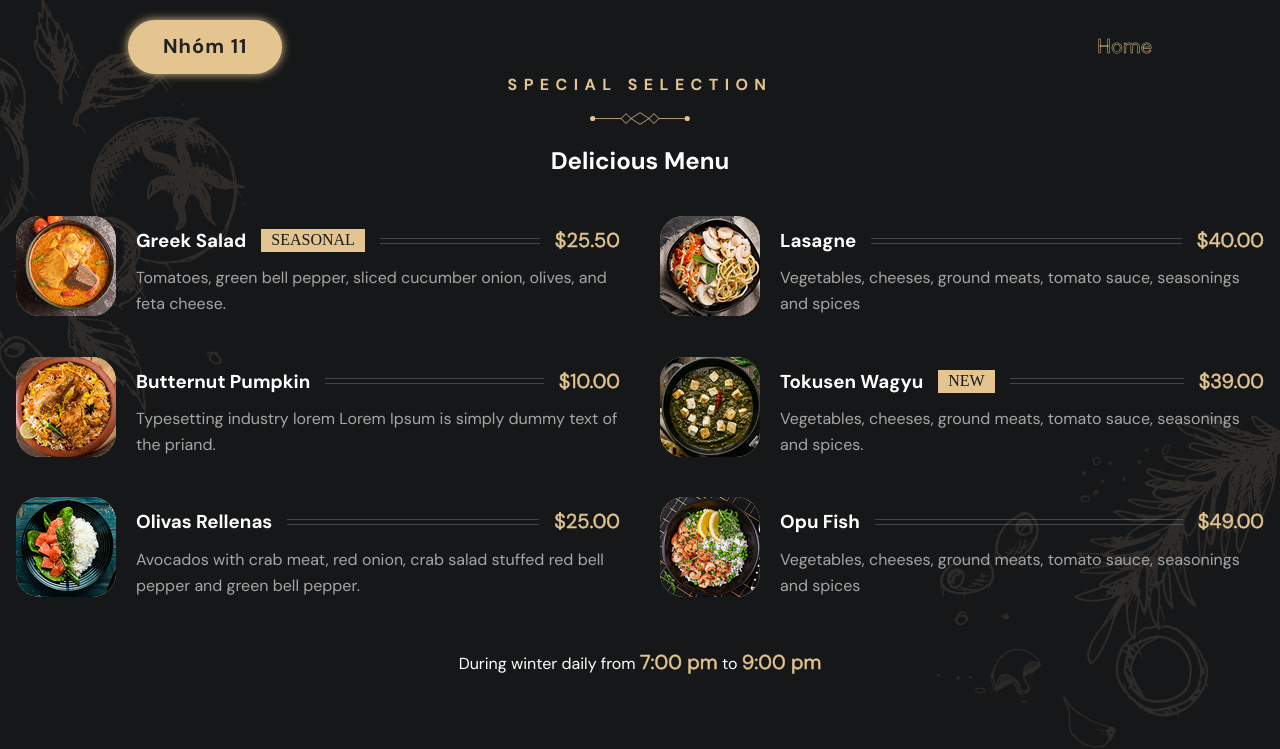
Repository: trungd0ngl3/nhom11-giaotiepnguoimay
Page: our chefs/our chefs.html
These files come from the project's save history. The page is drawn as it stood at one moment and after the next save; the edit follows.
The browser window is 1280 px wide. The pictures show the whole page.
Some web fonts or font styles are not loaded; a fallback is used.

Above is the page before, as saved 2023-12-28 01:22:11.

### our chefs/our chefs.html
<!DOCTYPE html>
<html lang="en">

<head>
  <meta charset="UTF-8">
  <meta http-equiv="X-UA-Compatible" content="IE=edge">
  <meta name="viewport" content="width=device-width, initial-scale=1.0">

  <!--
    - primary meta tags
  -->
  <title>Grilli - Amazing & Delicious Food</title>
  <meta name="title" content="Grilli - Amazing & Delicious Food">
  <meta name="description" content="This is a Restaurant html template made by codewithsadee">

  <!--
    - favicon
  -->
  <link rel="shortcut icon" href="./favicon.svg" type="image/svg+xml">

  <!--
    - google font link
  -->
  <link rel="preconnect" href="https://fonts.googleapis.com">
  <link rel="preconnect" href="https://fonts.gstatic.com" crossorigin>
  <link href="https://fonts.googleapis.com/css2?family=DM+Sans:wght@400;700&family=Forum&display=swap" rel="stylesheet">

  <!--
    - custom css link
  -->
  <link rel="stylesheet" href="./assets/css/style.css">
</head>
<body></body>
  <header class="header">
    <a href="/our chefs/our chefs.html" class="logo">Nhóm 11</a>
    <li><a class="span" href="/index.html">Home</a></li>
  </header>

  <section class="section menu" aria-label="menu-label" id="menu">
    <div class="container">

      <p class="section-subtitle text-center label-2">Special Selection</p>

      <h2 class="headline-1 section-title text-center">Delicious Menu</h2>

      <ul class="grid-list">

        <li>
          <div class="menu-card hover:card">

            <figure class="card-banner img-holder" style="--width: 100; --height: 100;">
              <img src="./assets/images/menu-1.png" width="100" height="100" loading="lazy" alt="Greek Salad"
                class="img-cover">
            </figure>

            <div>

              <div class="title-wrapper">
                <h3 class="title-3">
                  <a href="#" class="card-title">Greek Salad</a>
                </h3>

                <span class="badge label-1">Seasonal</span>

                <span class="span title-2">$25.50</span>
              </div>

              <p class="card-text label-1">
                Tomatoes, green bell pepper, sliced cucumber onion, olives, and feta cheese.
              </p>

            </div>

          </div>
        </li>

        <li>
          <div class="menu-card hover:card">

            <figure class="card-banner img-holder" style="--width: 100; --height: 100;">
              <img src="./assets/images/menu-2.png" width="100" height="100" loading="lazy" alt="Lasagne"
                class="img-cover">
            </figure>

            <div>

              <div class="title-wrapper">
                <h3 class="title-3">
                  <a href="#" class="card-title">Lasagne</a>
                </h3>

                <span class="span title-2">$40.00</span>
              </div>

              <p class="card-text label-1">
                Vegetables, cheeses, ground meats, tomato sauce, seasonings and spices
              </p>

            </div>

          </div>
        </li>

        <li>
          <div class="menu-card hover:card">

            <figure class="card-banner img-holder" style="--width: 100; --height: 100;">
              <img src="./assets/images/menu-3.png" width="100" height="100" loading="lazy" alt="Butternut Pumpkin"
                class="img-cover">
            </figure>

            <div>

              <div class="title-wrapper">
                <h3 class="title-3">
                  <a href="#" class="card-title">Butternut Pumpkin</a>
                </h3>

                <span class="span title-2">$10.00</span>
              </div>

              <p class="card-text label-1">
                Typesetting industry lorem Lorem Ipsum is simply dummy text of the priand.
              </p>

            </div>

          </div>
        </li>

        <li>
          <div class="menu-card hover:card">

            <figure class="card-banner img-holder" style="--width: 100; --height: 100;">
              <img src="./assets/images/menu-4.png" width="100" height="100" loading="lazy" alt="Tokusen Wagyu"
                class="img-cover">
            </figure>

            <div>

              <div class="title-wrapper">
                <h3 class="title-3">
                  <a href="#" class="card-title">Tokusen Wagyu</a>
                </h3>

                <span class="badge label-1">New</span>

                <span class="span title-2">$39.00</span>
              </div>

              <p class="card-text label-1">
                Vegetables, cheeses, ground meats, tomato sauce, seasonings and spices.
              </p>

            </div>

          </div>
        </li>

        <li>
          <div class="menu-card hover:card">

            <figure class="card-banner img-holder" style="--width: 100; --height: 100;">
              <img src="./assets/images/menu-5.png" width="100" height="100" loading="lazy" alt="Olivas Rellenas"
                class="img-cover">
            </figure>

            <div>

              <div class="title-wrapper">
                <h3 class="title-3">
                  <a href="#" class="card-title">Olivas Rellenas</a>
                </h3>

                <span class="span title-2">$25.00</span>
              </div>

              <p class="card-text label-1">
                Avocados with crab meat, red onion, crab salad stuffed red bell pepper and green bell pepper.
              </p>

            </div>

          </div>
        </li>

        <li>
          <div class="menu-card hover:card">

            <figure class="card-banner img-holder" style="--width: 100; --height: 100;">
              <img src="./assets/images/menu-6.png" width="100" height="100" loading="lazy" alt="Opu Fish"
                class="img-cover">
            </figure>

            <div>

              <div class="title-wrapper">
                <h3 class="title-3">
                  <a href="#" class="card-title">Opu Fish</a>
                </h3>

                <span class="span title-2">$49.00</span>
              </div>

              <p class="card-text label-1">
                Vegetables, cheeses, ground meats, tomato sauce, seasonings and spices
              </p>

            </div>

          </div>
        </li>

      </ul>

      <p class="menu-text text-center">
        During winter daily from <span class="span">7:00 pm</span> to <span class="span">9:00 pm</span>
      </p>

      <img src="./assets/images/shape-1.png" width="921" height="1036" loading="lazy" alt="shape"
        class="shape shape-2 move-anim">
      <img src="./assets/images/shape-2.png" width="343" height="345" loading="lazy" alt="shape"
        class="shape shape-3 move-anim">

    </div>
  </section>



</body>
</html>

### our chefs/assets/css/style.css

:root {

  /**
   * COLORS
   */

  --gold-crayola: hsl(38, 61%, 73%);
  --quick-silver: hsla(0, 0%, 65%, 1);
  --davys-grey: hsla(30, 3%, 34%, 1);
  --smoky-black-1: hsla(40, 12%, 5%, 1);
  --smoky-black-2: hsla(30, 8%, 5%, 1);
  --smoky-black-3: hsla(0, 3%, 7%, 1);
  --eerie-black-1: hsla(210, 4%, 9%, 1);
  --eerie-black-2: hsla(210, 4%, 11%, 1);
  --eerie-black-3: hsla(180, 2%, 8%, 1);
  --eerie-black-4: hsla(0, 0%, 13%, 1);
  --white: hsla(0, 0%, 100%, 1);
  --white-alpha-20: hsla(0, 0%, 100%, 0.2);
  --white-alpha-10: hsla(0, 0%, 100%, 0.1);
  --black: hsla(0, 0%, 0%, 1);
  --black-alpha-80: hsla(0, 0%, 0%, 0.8);
  --black-alpha-15: hsla(0, 0%, 0%, 0.15);

  /**
   * GRADIENT COLOR
   */

  --loading-text-gradient: linear-gradient(90deg, transparent 0% 16.66%, var(--smoky-black-3) 33.33% 50%,  transparent 66.66% 75%);
  --gradient-1: linear-gradient(to top,hsla(0, 0%, 0%, 0.9),hsla(0, 0%, 0%, 0.7),transparent);

  /**
   * TYPOGRAPHY
   */

  /* font-family */
  --fontFamily-forum: 'Forum', cursive;
  --fontFamily-dm_sans: 'DM Sans', sans-serif;

  /* font-size */
  --fontSize-display-1: calc(1.3rem + 6.7vw);
  --fontSize-headline-1: calc(2rem + 2.5vw);
  --fontSize-headline-2: calc(1.3rem + 2.4vw);
  --fontSize-title-1: calc(1.6rem + 1.2vw);
  --fontSize-title-2: 2.2rem;
  --fontSize-title-3: 2.1rem;
  --fontSize-title-4: calc(1.6rem + 1.2vw);
  --fontSize-body-1: 2.4rem;
  --fontSize-body-2: 1.6rem;
  --fontSize-body-3: 1.8rem;
  --fontSize-body-4: 1.6rem;
  --fontSize-label-1: 1.4rem;
  --fontSize-label-2: 1.2rem;

  /* font-weight */
  --weight-regular: 400;
  --weight-bold: 700;

  /* line-height */
  --lineHeight-1: 1em;
  --lineHeight-2: 1.2em;
  --lineHeight-3: 1.5em;
  --lineHeight-4: 1.6em;
  --lineHeight-5: 1.85em;
  --lineHeight-6: 1.4em;

  /* letter-spacing */
  --letterSpacing-1: 0.15em;
  --letterSpacing-2: 0.4em;
  --letterSpacing-3: 0.2em;
  --letterSpacing-4: 0.3em;
  --letterSpacing-5: 3px;

  /**
   * SPACING
   */

  --section-space: 70px;

  /**
   * SHADOW
   */

  --shadow-1: 0px 0px 25px 0px hsla(0, 0%, 0%, 0.25);

  /**
   * BORDER RADIUS
   */

  --radius-24: 24px;
  --radius-circle: 50%;

  /**
   * TRANSITION
   */

  --transition-1: 250ms ease;
  --transition-2: 500ms ease;
  --transition-3: 1000ms ease;

}





/*-----------------------------------*\
  #RESET
\*-----------------------------------*/

*,
*::before,
*::after {
  margin: 0;
  padding: 0;
  box-sizing: border-box;
}

li { list-style: none; }

a,
img,
data,
span,
input,
button,
select,
ion-icon,
textarea { display: block; }

a {
  color: inherit;
  text-decoration: none;
}

img { height: auto; }

input,
button,
select,
textarea {
  background: none;
  border: none;
  font: inherit;
}

input,
select,
textarea {
  width: 100%;
  outline: none;
}

button { cursor: pointer; }

address { font-style: normal; }

html {
  font-size: 10px;
  scroll-behavior: smooth;
}
body {
  background-color: var(--eerie-black-1);
  color: var(--white);
  font-family: var(--fontFamily-dm_sans);
  font-size: var(--fontSize-body-4);
  font-weight: var(--weight-regular);
  line-height: var(--lineHeight-5);
  overflow:scroll ;
  height: 95vh;
}

body.loaded { overflow: overlay; }

body.nav-active { overflow: hidden; }

::-webkit-scrollbar { width: 5px; }

::-webkit-scrollbar-track { background-color: transparent; }

::-webkit-scrollbar-thumb { background-color: var(--gold-crayola); }

/*-----------------------------------*\
  #REUSED STYLE
\*-----------------------------------*/


.container { padding-inline: 16px; }

.separator {
  width: 8px;
  height: 8px;
  border: 1px solid var(--gold-crayola);
  transform: rotate(45deg);
}

.contact-label { font-weight: var(--weight-bold); }

.contact-number {
  color: var(--gold-crayola);
  max-width: max-content;
  margin-inline: auto;
}

.hover-underline {
  position: relative;
  max-width: max-content;
}

.hover-underline::after {
  content: "";
  position: absolute;
  left: 0;
  bottom: 0;
  width: 100%;
  height: 5px;
  border-block: 1px solid var(--gold-crayola);
  transform: scaleX(0.2);
  opacity: 0;
  transition: var(--transition-2);
}

.hover-underline:is(:hover, :focus-visible)::after {
  transform: scaleX(1);
  opacity: 1;
}

.contact-number::after { bottom: -5px; }

.text-center { text-align: center; }

.img-cover {
  width: 100%;
  height: 100%;
  object-fit: cover;
}

.section-subtitle {
  position: relative;
  color: var(--gold-crayola);
  font-weight: var(--weight-bold);
  text-transform: uppercase;
  letter-spacing: var(--letterSpacing-2);
  margin-block-end: 12px;
}

.section-subtitle::after {
  content: url('../images/separator.svg');
  display: block;
  width: 100px;
  margin-inline: auto;
  margin-block-start: 5px;
}

.btn {
  position: relative;
  color: var(--gold-crayola);
  font-size: var(--fontSize-label-2);
  font-weight: var(--weight-bold);
  text-transform: uppercase;
  letter-spacing: var(--letterSpacing-5);
  max-width: max-content;
  border: 2px solid var(--gold-crayola);
  padding: 12px 45px;
  overflow: hidden;
  z-index: 1;
}

.btn::before {
  content: "";
  position: absolute;
  bottom: 100%;
  left: 50%;
  transform: translateX(-50%);
  width: 200%;
  height: 200%;
  border-radius: var(--radius-circle);
  background-color: var(--gold-crayola);
  transition: var(--transition-2);
  z-index: -1;
}

.btn .text { transition: var(--transition-1); }

.btn .text-2 {
  position: absolute;
  top: 100%;
  left: 50%;
  transform: translateX(-50%);
  min-width: max-content;
  color: var(--smoky-black-1);
}

.btn:is(:hover, :focus-visible)::before { bottom: -50%; }

.btn:is(:hover, :focus-visible) .text-1 { transform: translateY(-40px); }

.btn:is(:hover, :focus-visible) .text-2 {
  top: 50%;
  transform: translate(-50%, -50%);
}

.btn-secondary {
  background-color: var(--gold-crayola);
  color: var(--black);
}

.btn-secondary::before { background-color: var(--smoky-black-1); }

.btn-secondary .text-2 { color: var(--white); }

.has-before,
.has-after {
  position: relative;
  z-index: 1;
}

.has-before::before,
.has-after::after {
  content: "";
  position: absolute;
}

.section {
  position: relative;
  padding-block: var(--section-space);
  overflow: hidden;
  z-index: 1;
}

.bg-black-10 { background-color: var(--smoky-black-2); }

.grid-list {
  display: grid;
  gap: 40px;
}

.hover\:shine { position: relative; }

.hover\:shine::after {
  content: "";
  position: absolute;
  top: 0;
  left: 0;
  width: 50%;
  height: 100%;
  background-image: linear-gradient(to right, transparent 0%, #fff6 100%);
  transform: skewX(-0.08turn) translateX(-180%);
}

.hover\:shine:is(:hover, :focus-within)::after {
  transform: skewX(-0.08turn) translateX(275%);
  transition: var(--transition-3);
}

.img-holder {
  aspect-ratio: var(--width) / var(--height);
  overflow: hidden;
  background-color: var(--eerie-black-4);
}

.btn-text {
  color: var(--gold-crayola);
  padding-block-end: 4px;
  margin-inline: auto;
  text-transform: uppercase;
  letter-spacing: var(--letterSpacing-3);
  font-weight: var(--weight-bold);
  transition: var(--transition-1);
}

.btn-text:is(:hover, :focus-visible) { color: var(--white); }

.shape {
  display: none;
  position: absolute;
  max-width: max-content;
  z-index: -1;
}

.w-100 { width: 100%; }

.move-anim { animation: move 5s linear infinite; }

@keyframes move {
  0%,
  100% { transform: translateY(0); }

  50% { transform: translateY(30px); }
}

.has-bg-image {
  background-repeat: no-repeat;
  background-size: cover;
  background-position: center;
}

.input-field {
  background-color: var(--eerie-black-2);
  color: var(--white);
  height: 56px;
  padding: 10px 20px;
  border: 1px solid var(--white-alpha-10);
  margin-block-end: 20px;
  outline: none;
  transition: border-color var(--transition-2);
}

.input-field::placeholder { color: inherit; }

.input-field:focus { border-color: var(--gold-crayola); }

.icon-wrapper {
  position: relative;
  margin-block-end: 20px;
}

.icon-wrapper .input-field {
  margin-block-end: 0;
  padding-inline-start: 40px;
  appearance: none;
  cursor: pointer;
}

.icon-wrapper ion-icon {
  position: absolute;
  top: 50%;
  transform: translateY(-50%);
  font-size: 1.4rem;
  --ionicon-stroke-width: 50px;
  pointer-events: none;
}

.icon-wrapper ion-icon:first-child { left: 15px; }

.icon-wrapper ion-icon:last-child { right: 10px; }




/*-----------------------------------*\
  #MENU
\*-----------------------------------*/

.menu .section-title { margin-block-end: 40px; }

.menu .grid-list { margin-block-end: 50px; }

.menu-card {
  display: flex;
  align-items: flex-start;
  gap: 20px;
}

.hover\:card .card-banner { background-color: var(--gold-crayola); }

.hover\:card .card-banner .img-cover { transition: var(--transition-2); }

.hover\:card:is(:hover, :focus-within) .card-banner .img-cover {
  opacity: 0.7;
  transform: scale(1.05);
}

.menu-card .card-banner {
  flex-shrink: 0;
  border-radius: var(--radius-24);
}

.menu-card .card-title { transition: var(--transition-1); }

.menu-card .card-title:is(:hover, :focus-visible) { color: var(--gold-crayola); }

.menu-card .badge {
  background-color: var(--gold-crayola);
  color: var(--eerie-black-1);
  font-family: var(--fontFamily-forum);
  max-width: max-content;
  line-height: var(--lineHeight-6);
  text-transform: uppercase;
  padding-inline: 10px;
  margin-block-start: 10px;
}

.menu-card .span {
  color: var(--gold-crayola);
  margin-block: 10px;
}

.menu-card .card-text {
  color: var(--quick-silver);
  line-height: var(--lineHeight-4);
}

.menu-text .span {
  display: inline-block;
  color: var(--gold-crayola);
}

.menu .btn {
  margin-inline: auto;
  margin-block-start: 26px;
}

.menu .shape {
  display: block;
  width: 7  0%;
}

.menu .shape-2 {
  top: 0;
  left: 0;
}

.menu .shape-3 {
  bottom: 0;
  right: 0;
}





/*-----------------------------------*\
  #BACK TO TOP
\*-----------------------------------*/

.back-top-btn {
  position: fixed;
  bottom: 20px;
  right: 20px;
  background-color: var(--gold-crayola);
  color: var(--smoky-black-1);
  font-size: 22px;
  width: 50px;
  height: 50px;
  border-radius: var(--radius-circle);
  display: grid;
  place-items: center;
  box-shadow: var(--shadow-1);
  transition: var(--transition-1);
  opacity: 0;
  visibility: hidden;
  z-index: 4;
}

.back-top-btn:is(:hover, :focus-visible) {
  background-color: var(--white);
  color: var(--gold-crayola);
}

.back-top-btn.active {
  opacity: 1;
  visibility: visible;
}




/*-----------------------------------*\
  #MEDIA QUERIES
\*-----------------------------------*/

/**
 * responsive for larger than 575px screen
 */

@media (min-width: 575px) {

  /**
   * CUSTOM PROPERTY
   */

  :root {

    /**
     * typography
     */

    --fontSize-body-2: 2rem;

  }



  /**
   * REUSED STYLE
   */

  :is(.service, .about) .section-text {
    max-width: 420px;
    margin-inline: auto;
  }

  .contact-number { --fontSize-body-1: 3rem; }



  /**
   * TOPBAR
   */

  .topbar {
    display: block;
    position: fixed;
    top: 0;
    left: 0;
    width: 100%;
    padding-block: 10px;
    border-block-end: 1px solid var(--white-alpha-20);
    z-index: 4;
    transition: var(--transition-1);
  }

  .topbar:has(~ .header.active) { transform: translateY(-100%); }

  .topbar-item:not(.link),
  .topbar .separator { display: none; }

  .topbar .container,
  .topbar-item {
    display: flex;
    align-items: center;
  }

  .topbar .container {
    justify-content: center;
    gap: 30px;
  }

  .topbar-item { gap: 6px; }

  .topbar-item ion-icon { --ionicon-stroke-width: 60px; }

  .topbar-item .span { font-size: var(--fontSize-label-1); }

  .topbar .link { transition: var(--transition-1); }

  .topbar .link:is(:hover, :focus-visible) { color: var(--gold-crayola); }



  /**
   * HEADER
   */

  .header { top: 51px; }

  .header.active { top: 0; }

  .header .btn {
    display: block;
    margin-inline-start: auto;
  }



  /**
   * HERO
   */

  .hero-btn { transform: scale(0.7); }



  /**
   * SERVICE
   */

  .service .container {
    max-width: 420px;
    margin-inline: auto;
  }



  /**
   * ABOUT
   */

  .about .container { gap: 80px; }

  .about-banner > .w-100 { padding-inline-start: 90px; }

  .about .abs-img-1 { width: 285px; }

  .about .contact-number { --fontSize-body-1: 2.4rem; }





  /**
   * MENU
   */

  .menu-card .title-wrapper {
    display: flex;
    justify-content: flex-start;
    align-items: center;
    gap: 15px;
  }

  .menu-card .badge { margin-block-start: 0; }

  .menu-card .span {
    flex-grow: 1;
    display: flex;
    align-items: center;
    gap: 15px;
    position: relative;
  }

  .menu-card .span::before {
    content: "";
    height: 6px;
    flex-grow: 1;
    border-block: 1px solid var(--white-alpha-20);
  }



  /**
   * EVENT
   */

  .event .container {
    max-width: 420px;
    margin-inline: auto;
  }



  /**
   * FOOTER
   */

  .footer-brand > * {
    max-width: 460px;
    margin-inline: auto;
  }

  .footer .input-wrapper { position: relative; }

  .footer .input-field {
    margin-block-end: 0;
    padding-inline-end: 205px;
  }

  .footer-brand .btn {
    position: absolute;
    top: 0;
    right: 0;
    bottom: 0;
    min-width: max-content;
  }

}





/**
 * responsive for larger than 768px screen
 */

@media (min-width: 768px) {

  /**
   * REUSED STYLE
   */

  .grid-list { grid-template-columns: 1fr 1fr; }

  :is(.service, .event) .container { max-width: 820px; }

  :is(.service, .event) .grid-list li:last-child {
    grid-column: 1 / 3;
    width: calc(50% - 20px);
    margin-inline: auto;
  }



  /**
   * HEADER
   */

  .navbar-list { margin-inline: 30px; }
}
.span{
 font-size: 20px;
 color: transparent;
 -webkit-text-stroke: .5px hsl(38, 61%, 73%);
}
.header{
  position: fixed;
  top: 0;
  left: 0;
  width: 100%;
  padding: 20px 10%;
  background: transparent;
  display: flex;
  justify-content: space-between;
  align-items: center;
  z-index: 100;
 }

 .logo{
  font-size: 25px;
  text-decoration: none;
  font-weight: 700;
  padding: 12px 35px;
  background: hsl(38, 61%, 73%);
  border-radius: 80px;
  font-size: 20px;
  color: #222222;
  text-decoration: none;
  font-weight: 600;
  letter-spacing: 1px;
  box-shadow: 0 0 10px hsl(38, 61%, 73%);
  transition: .5s;
 }

After the next save:
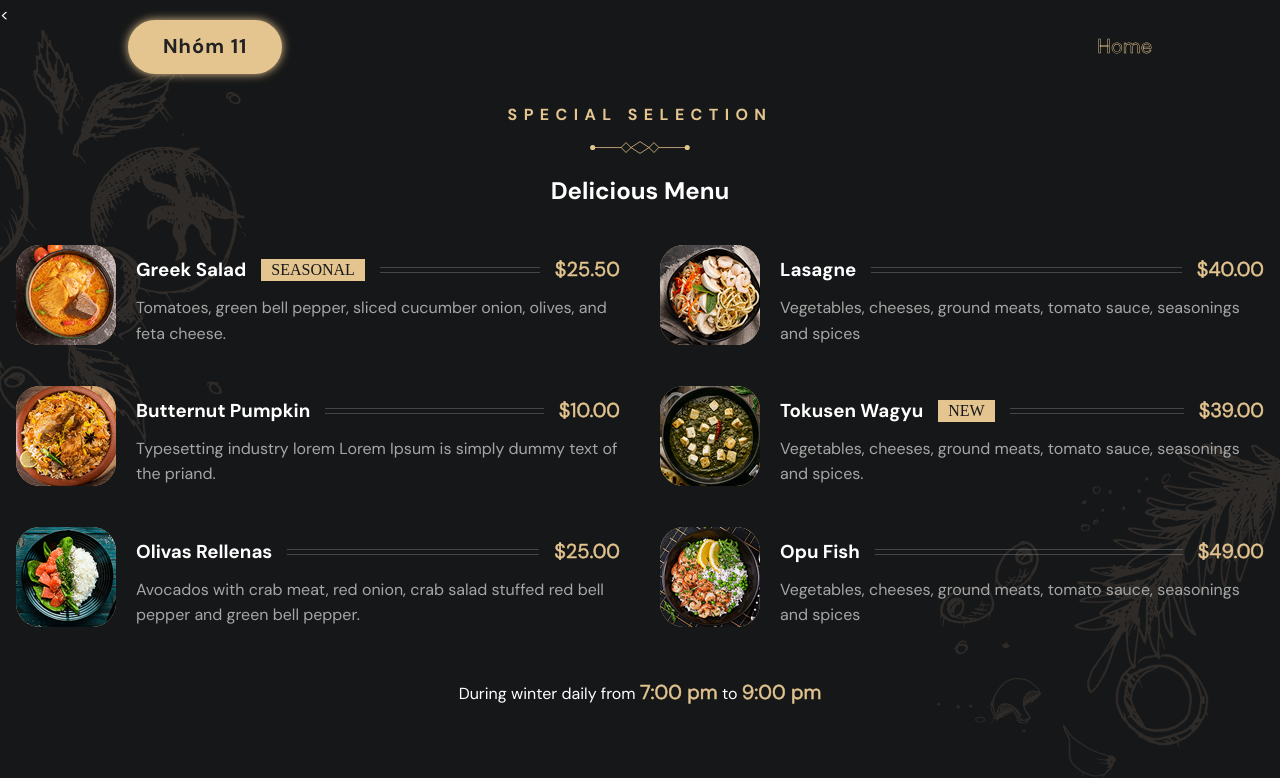
Saved 4 s later.
--- a/our chefs/our chefs.html
+++ b/our chefs/our chefs.html
@@ -30,7 +30,7 @@
   -->
   <link rel="stylesheet" href="./assets/css/style.css">
 </head>
-<body></body>
+<
   <header class="header">
     <a href="/our chefs/our chefs.html" class="logo">Nhóm 11</a>
     <li><a class="span" href="/index.html">Home</a></li>
